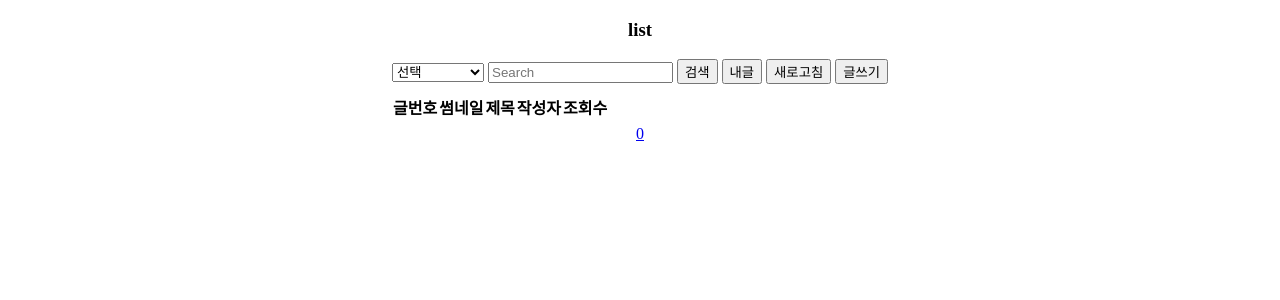
Repository: KGH1125/jsp_project
Page: http://localhost/jsp_project4/board/list.jsp
The author's editor kept a copy of each file at every save. The page is drawn from the files as they stood at one save, then again after the next save.
The browser window is 1280 px wide. The pictures show the whole page.
The page is served by Tomcat 9. The template is opened directly, without the code that normally fills it, so the values that code supplies are empty.

Above is the page before, as saved 2023-05-31 06:55:47.

After the next save:
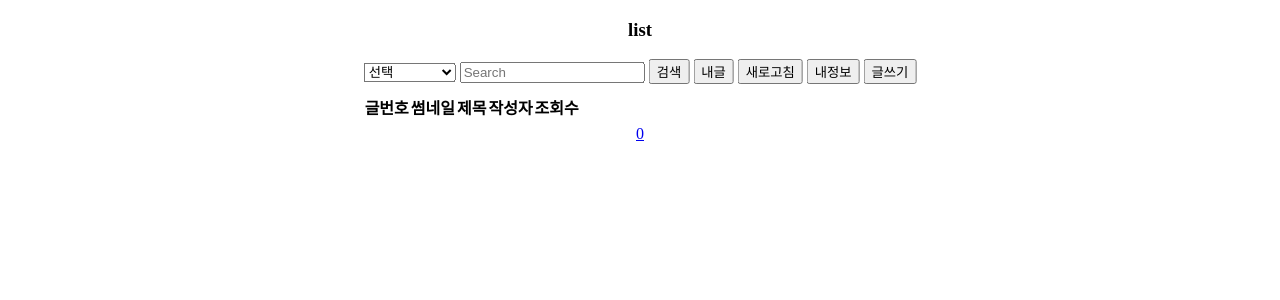
Saved 113 s later.
--- a/jsp_project4/jsp_project4/src/main/webapp/board/list.jsp
+++ b/jsp_project4/jsp_project4/src/main/webapp/board/list.jsp
@@ -76,6 +76,7 @@
 <body>
 	<h3>list</h3>
 	<div class="mainbox">
+
 		<form action="/brd/page" method="post" class="resetBtn">
 			<c:set value="${pgh.pgvo.type}" var="typed"></c:set>
 			<select name="type">
@@ -94,7 +95,8 @@
 
 		<a href="/brd/page?type=w&keyword=${ses.id }"><button>내글</button></a>
 		<a href="/brd/page"><button>새로고침</button></a>
-		<a href="/register.jsp"><button>글쓰기</button></a>
+		<a href="member/detail.jsp"><button>내정보</button></a>
+		<a href="register.jsp"><button>글쓰기</button></a>
 
 
 		<table>
